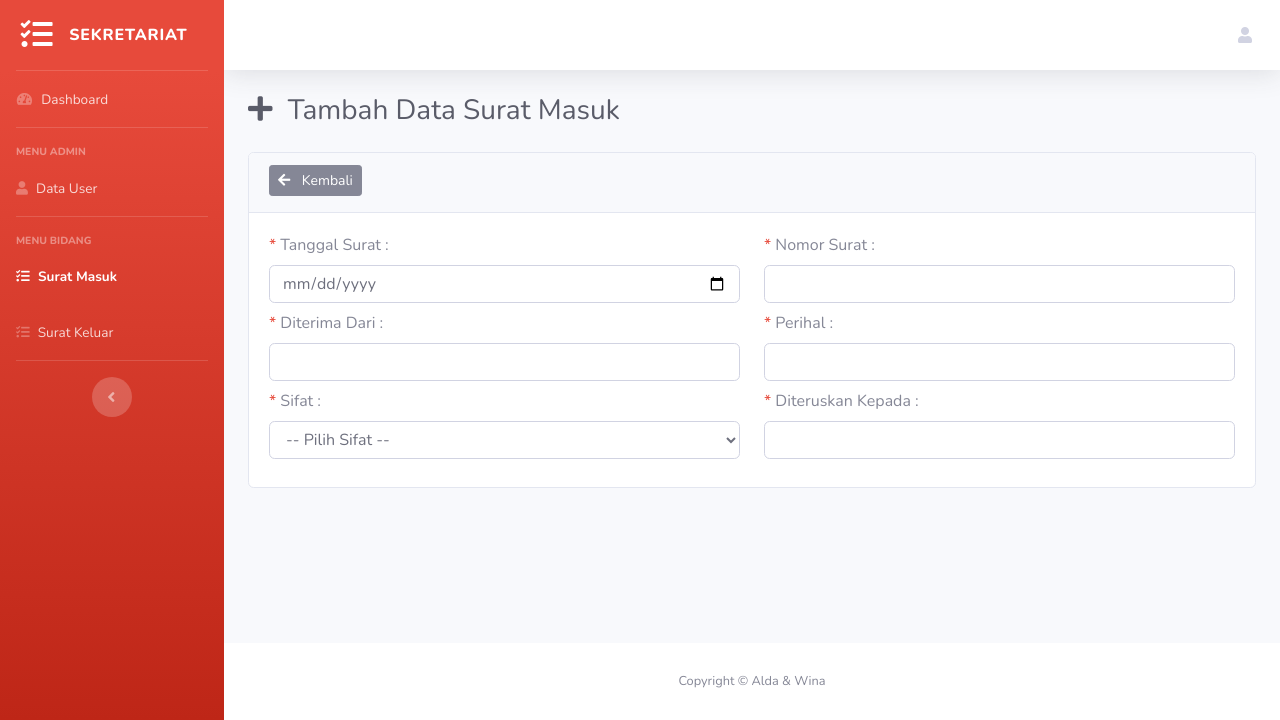
Repository: aldasamrotulfuadah/projek-PKL
Page: http://localhost/suratmasuk/create
An editor plug-in stored every save of this project. The page is shown before and after the next save, followed by the edit.
The browser window is 1280 px wide. The pictures show the whole page.
The page is served by the project's Laravel application, run on PHP 8.4 with Laravel 12. A made-up administrator, Test User (test@example.com), is signed in.

Above is the page before, as saved 2026-03-12 11:18:42.

After the next save:
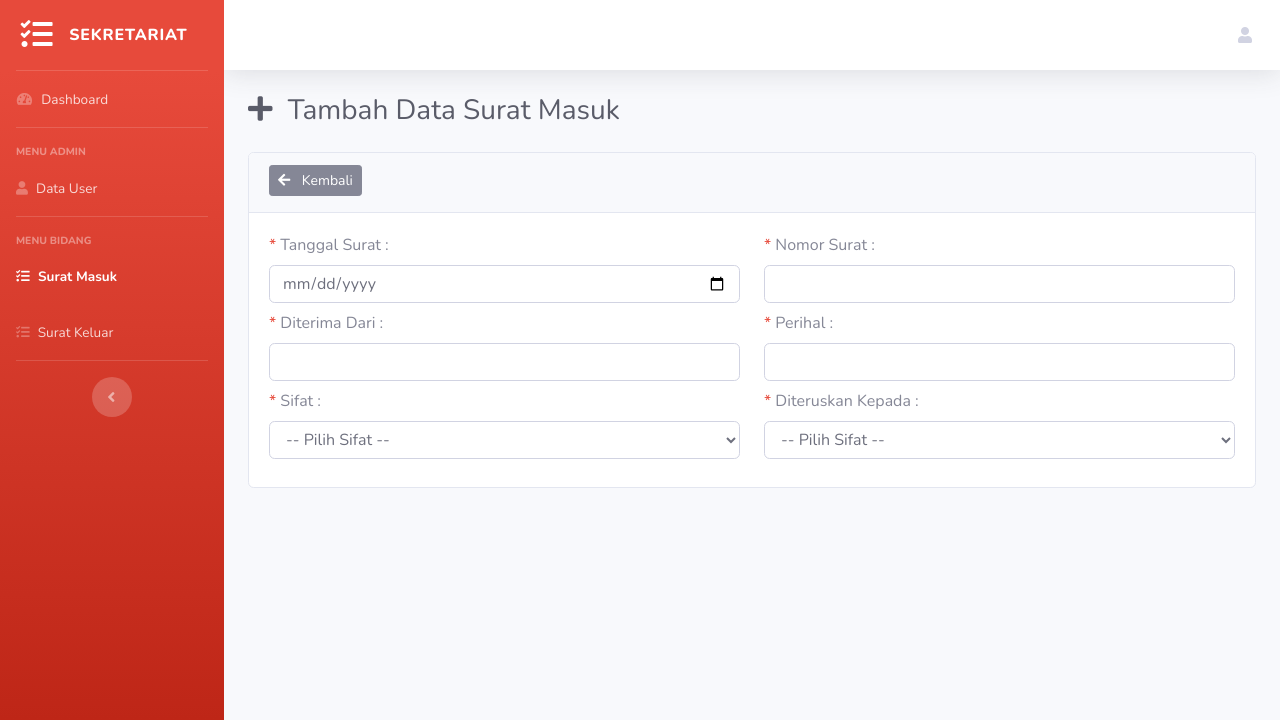
Saved 18 s later.
--- a/resources/views/suratm/create.blade.php
+++ b/resources/views/suratm/create.blade.php
@@ -67,8 +67,11 @@
                     <label class="form-label">
                         <span class="text-danger">*</span>
                         Diteruskan Kepada :
-                    </label>
-                    <input type="text" name="" class="form-control">
+                    </label> <select name="sifat" class="form-control">
+                        <option selected>-- Pilih Sifat --</option>
+                        <option value="Sangat_Segera">Sangat Segera</option>
+                        <option value="Segera">Segera</option>
+                        <op <input type="text" name="" class="form-control">
                 </div>
             </div>
         </div>
